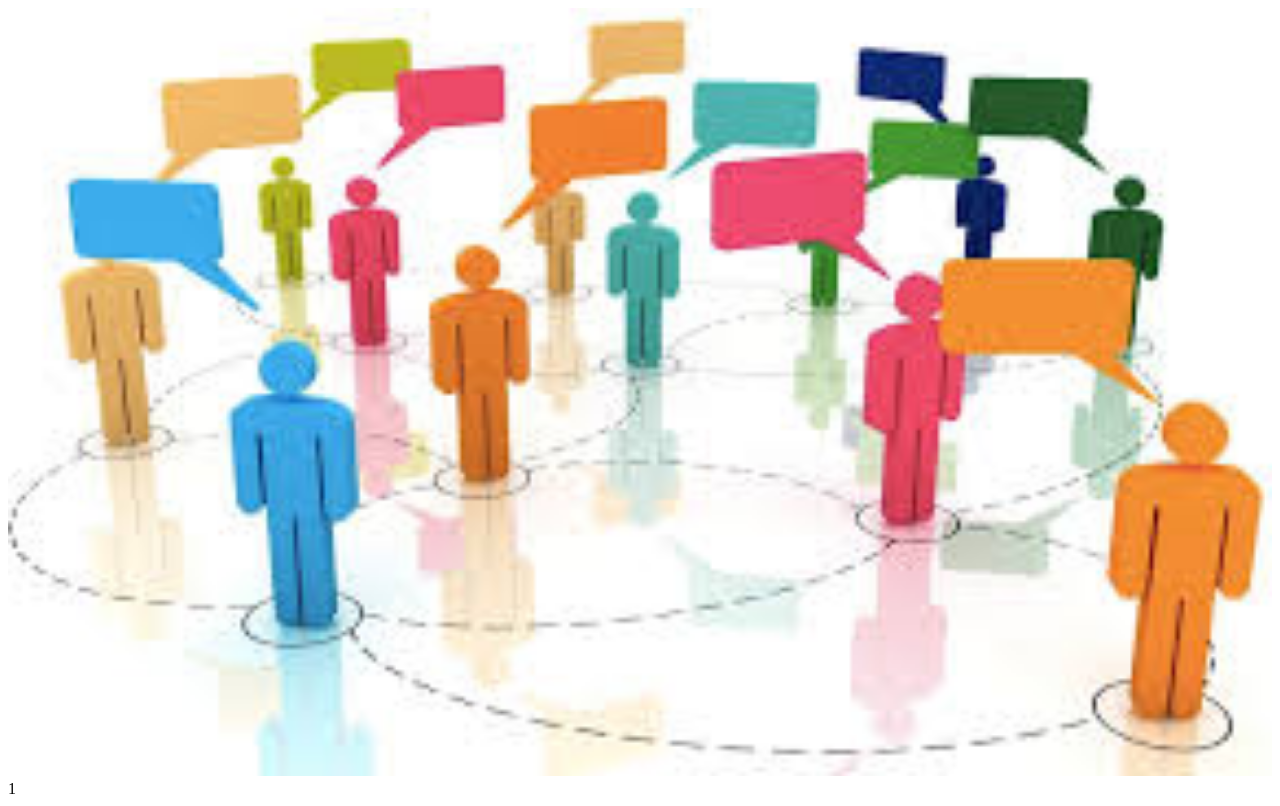
Repository: Abinayasivapraba/ChatProject
Page: FireChat/WebContent/Home/ChatZone.html
The author's editor kept a copy of each file at every save. The page is drawn from the files as they stood at one save, then again after the next save.
The browser window is 1280 px wide. The pictures show the whole page.

Above is the page before, as saved 2017-08-12 17:43:00.

After the next save:
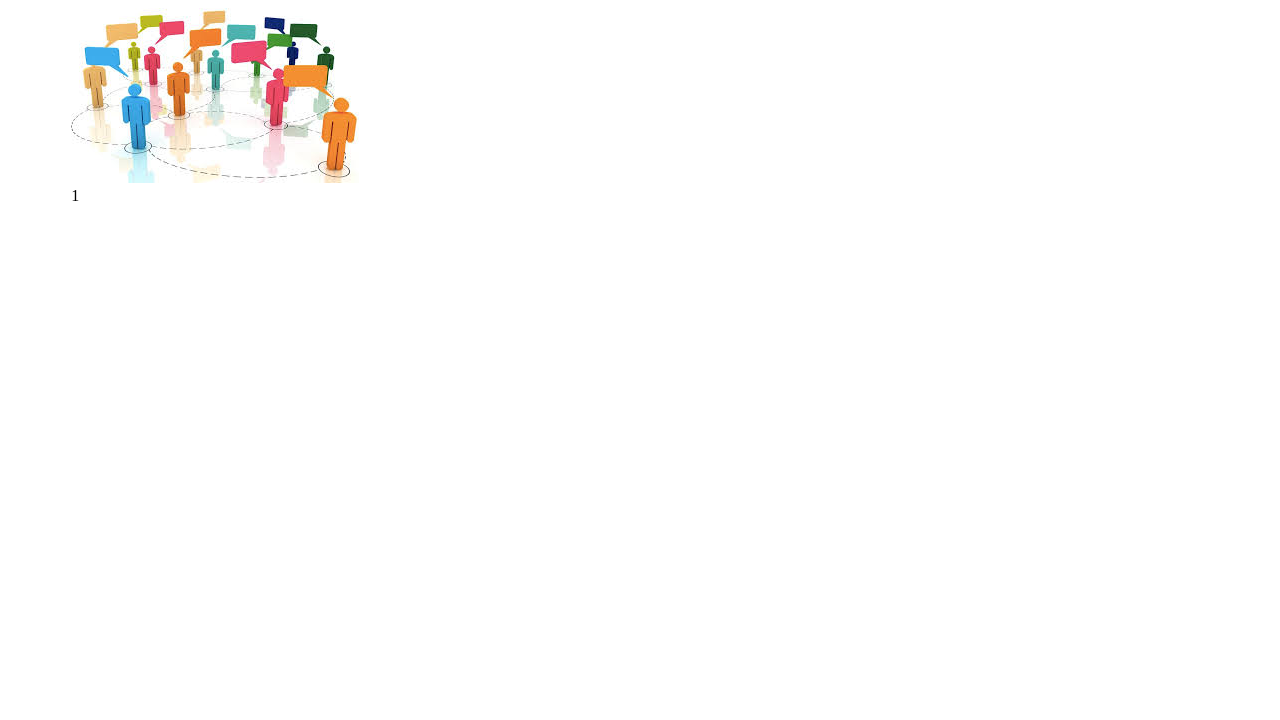
Saved 51 s later.
--- a/FireChat/WebContent/Home/ChatZone.html
+++ b/FireChat/WebContent/Home/ChatZone.html
@@ -3,6 +3,9 @@
 <head>
 <meta charset="ISO-8859-1">
 <title>Insert title here</title>
+<style >
+.carousel-inner.onebyone-carosel { margin: auto; width: 90%; }
+</style>
 </head>
 <body>
 <div class="container">
@@ -15,7 +18,7 @@
                             <div class="carousel-inner onebyone-carosel">
                                 <div class="item active">
                                     <div class="col-md-3">
-                                        <img src="resources/chat5.jpg" alt="Students" style="width:100%;">
+                                        <img src="resources/chat5.jpg" alt="Students" >
                                         <div class="text-center">1</div>
                                     </div>
                                 </div>
